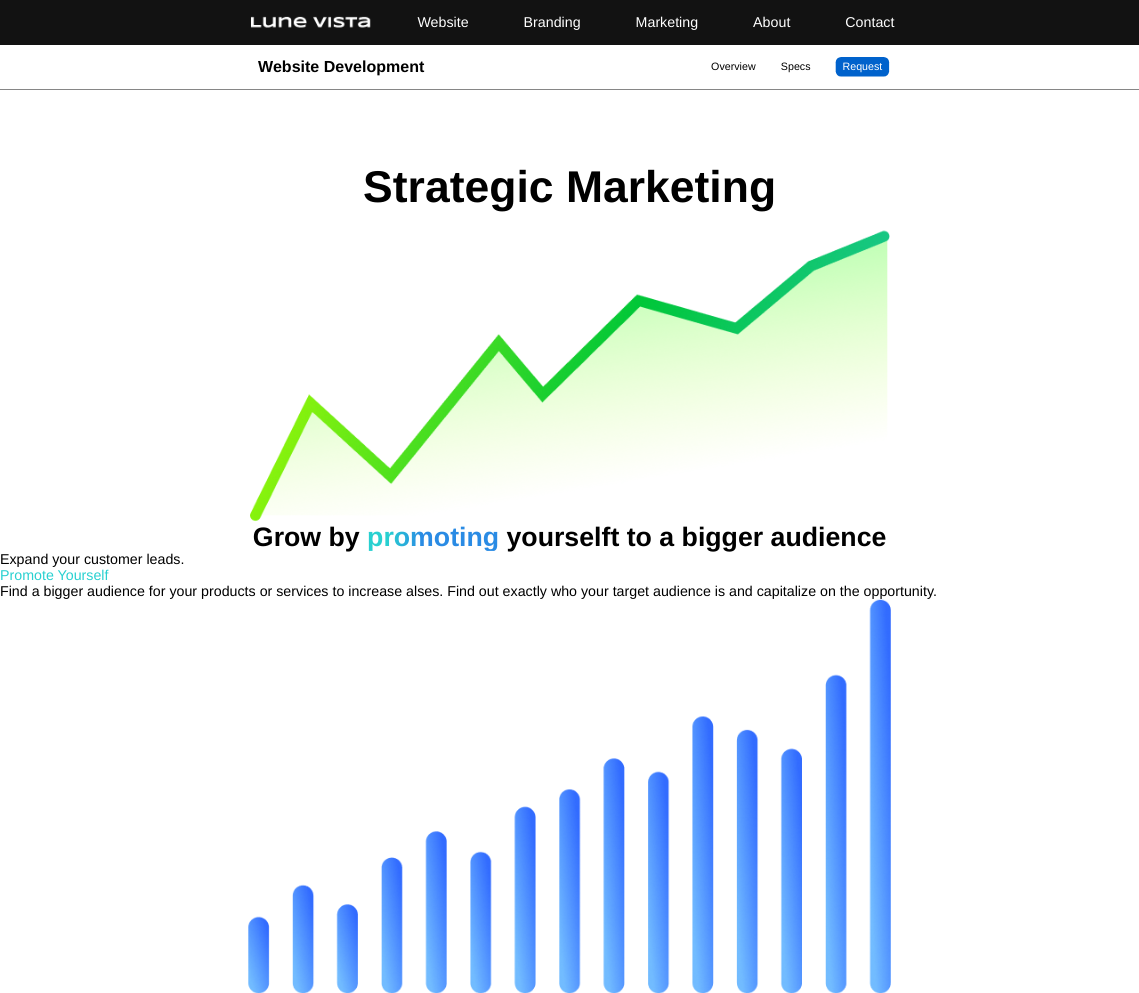
Repository: yoItsTyler/templates
Page: /marketing
An editor plug-in stored every save of this project. The page is shown before and after the next save, followed by the edit.
The browser window is 1280 px wide. The pictures show the whole page, at 89% of full size.
Some web fonts or font styles are not loaded; a fallback is used. The project was rebuilt for these pictures with package versions that can differ from the ones it lists, and the page was loaded fresh each time. Also part of the build but not shown: src/components/Branding/styles.module.css, src/components/Branding/Branding.js, src/components/Home/styles.module.css, src/components/Navbar/styles.module.css, src/components/Navbar/Navbar.js, src/components/NavbarMobile/styles.module.css, src/components/NavbarMobile/NavbarMobile.js, src/components/Home/Home.js and 10 more. Imported but missing from the stored project, and not drawn on this page: src/components/Request.

Above is the page before, as saved 2022-12-01 20:46:52.

### public/index.html
<!DOCTYPE html>
<html lang="en">
  <head>
    <meta charset="utf-8" />
    <link rel="icon" href="%PUBLIC_URL%/favicon.ico" />
    <meta name="viewport" content="width=device-width, initial-scale=1" />
    <meta name="theme-color" content="#000000" />
    <meta
      name="description"
      content="Web site created using create-react-app"
    />
    <link rel="apple-touch-icon" href="%PUBLIC_URL%/logo192.png" />
    <!--
      manifest.json provides metadata used when your web app is installed on a
      user's mobile device or desktop. See https://developers.google.com/web/fundamentals/web-app-manifest/
    -->
    <link rel="manifest" href="%PUBLIC_URL%/manifest.json" />
    <!--
      Notice the use of %PUBLIC_URL% in the tags above.
      It will be replaced with the URL of the `public` folder during the build.
      Only files inside the `public` folder can be referenced from the HTML.

      Unlike "/favicon.ico" or "favicon.ico", "%PUBLIC_URL%/favicon.ico" will
      work correctly both with client-side routing and a non-root public URL.
      Learn how to configure a non-root public URL by running `npm run build`.
    -->
    <title>Root Template</title>
  </head>
  <body>
    <noscript>You need to enable JavaScript to run this app.</noscript>
    <div id="root"></div>
    <!--
      This HTML file is a template.
      If you open it directly in the browser, you will see an empty page.

      You can add webfonts, meta tags, or analytics to this file.
      The build step will place the bundled scripts into the <body> tag.

      To begin the development, run `npm start` or `yarn start`.
      To create a production bundle, use `npm run build` or `yarn build`.
    -->
  </body>
</html>

### src/index.js
import React from 'react';
import  ReactDOM  from 'react-dom';
import './index.css';
import reportWebVitals from './reportWebVitals';
import { BrowserRouter as Router } from 'react-router-dom';
import { App } from './components/App';

ReactDOM.render(
  <React.StrictMode>
    <Router>
     <App/>
    </Router>
  </React.StrictMode>,
  document.getElementById('root'),
);



// If you want to start measuring performance in your app, pass a function
// to log results (for example: reportWebVitals(console.log))
// or send to an analytics endpoint. Learn more: https://bit.ly/CRA-vitals
reportWebVitals();

### src/index.css


@import url('https://fonts.cdnfonts.com/css/work-sans');
html, body{
  min-height: fit-content;
 height: 100vh;
  width: 100vw;
  max-width: 100vw;
  margin: 0;
  overflow-x: hidden;
  -ms-overflow-style: none;  /* IE and Edge */
  scrollbar-width: none;  /* Firefox */
  scroll-behavior: smooth;



}
body {



  font-family:  -apple-system, BlinkMacSystemFont, 'Segoe UI', 'Roboto', 'Oxygen',
    'Ubuntu', 'Cantarell', 'Fira Sans', 'Droid Sans', 'Helvetica Neue',
    sans-serif;
    font-family: 'Helvetica';
    font-style: normal;
  -webkit-font-smoothing: antialiased;
  -moz-osx-font-smoothing: grayscale;

  font-family: 'Helvetica', sans-serif;
  -webkit-font-smoothing: antialiased;
  -moz-osx-font-smoothing: grayscale;
}
body::-webkit-scrollbar{
  display: none;
}


code {
  font-family: source-code-pro, Menlo, Monaco, Consolas, 'Courier New',
    monospace;
}

### src/components/App/App.js
import { useEffect, useState } from 'react';
import { Route, Switch } from 'react-router-dom';
import { Branding } from '../Branding/Branding';
import { Home } from '../Home';
import { LogoDesign } from '../LogoDesign';
import { Marketing } from '../Marketing/Marketing';
import { Navbar } from '../Navbar/Navbar';
import { NavbarMobile } from '../NavbarMobile';
import { Plan } from '../Plan/Plan';
import { Plans } from '../Plans/Plans';
import { Request } from '../Request';
import { Specs } from '../Specs';
import { Web } from '../Web/Web';
import styles from './styles.module.css';






export const App = () => {




    return(
        <div className={styles.main}>


            <Switch>
            <Route exact path = {['/request/:id', '/request']} component={Request}/>
            <Route exact path='/marketing' component={Marketing}/>
            <Route exact path = '/branding' component={Branding}/>
            <Route exact path = '/logo-design' component={LogoDesign}/>
                <Route exact path = '/plan/:id' component={Plan}/>
                <Route exact path = '/web-plans' component={Plans}/>
                 <Route exact path = '/web' component={Web}/>
                 <Route exact path = '/specs' component={Specs}/>
                <Route path={['/']} component={Home}/>

            </Switch>
        </div>
    )
}

### src/components/LogoDesign/index.js
export * from './LogoDesign';

### src/components/Marketing/Marketing.js
import { NavbarWeb } from '../NavbarWeb/NavbarWeb';
import { NavBarWebSub } from '../NavBarWebSub/NavBarWebSub';
import styles from './styles.module.css';
import graph from '../../images/Group 55.png';
import graph2 from '../../images/Group 56.png';

export const Marketing = () => {

    return(
        <div className={styles.main}>
            <NavbarWeb/>
            <NavBarWebSub/>


            <div className={styles.tile}>

                <div className={styles.title}>
                    Strategic Marketing

                </div>

                <div className={styles.centerItem}>
                <img src={graph} className={styles.graph}/>
                </div>
                <div className={styles.subTxt}>
                    Grow by <span className={styles.blueGrad}>promoting</span> yourselft to a bigger audience
                </div>

                <div className={styles.leftCol}
                >
                    <div>
                        Expand your customer leads.
                    </div>
                    <div className={styles.blueTitle}>
                        Promote Yourself
                    </div>
                    <div>
                        Find a bigger audience for your products or services to increase alses. Find out exactly who your target audience is and capitalize on the opportunity.
                    </div>

                </div>

                <div className={styles.centerItem}>
                <img src={graph2} className={styles.graph}/>
                </div>







            </div>

        </div>
    );
};

### src/components/NavbarMobile/index.js
export * from './NavbarMobile';

### src/components/Specs/index.js
export * from './Specs';

### src/components/App/styles.module.css
.main{
    margin-top: 0;
    min-height: fit-content;
    height: 100vh;
    width: 100%;
    max-width: 100vw;
}

### src/components/NavbarWeb/NavbarWeb.js
import styles from './styles.module.css';
import logo2 from '../../images/LuneVistaLogo.png';
import search from '../../images/search.png';
import { useHistory } from 'react-router-dom';
import { useEffect, useState } from 'react';


export const NavbarWeb = () => {
    const history = useHistory();


    const [mobileBool, setMobileBool] = useState(false);
    const [windowDimension, setWindowDimension] = useState(722)

    useEffect(() => {
        setWindowDimension(window.innerWidth);
    }, []);

    useEffect(() => {
        function handleResize() {
            setWindowDimension(window.innerWidth);
        }

        window.addEventListener("resize", handleResize);
        return () => window.removeEventListener('resize', handleResize);
    }, []);

    const isMobile = windowDimension <= 720;

    useEffect(() => {
        if (isMobile !== mobileBool) {
            setMobileBool(isMobile);
        };
        return isMobile;
    }, [isMobile]);





    // <div className={styles.falseDiv}></div>
    return (
        <div className={styles.main}>

            <div className={styles.row}>


                <div className={styles.logo}
                    onClick={() => history.push('/')}
                >
                    <img src={logo2} style={{ width: '100%', height: '' }} />

                </div>






                        {isMobile ? (
                            <div className={styles.mobileMenu}>Menu</div>
                        ) : (
                            <div className={styles.pages}>
                            <div className={styles.page}
                                 onClick={() => history.push('/web')}
                                >Website</div>
                                <div className={styles.page} onClick={() => history.push('/branding')}
                                >Branding</div>
                                <div className={styles.page} onClick={() => history.push('/marketing')}
                                >Marketing</div>
                                <div className={styles.page} onClick={() => history.push('/about')}
                                >About</div>
                                <div className={styles.page} onClick={() => history.push('/contact')}
                                >Contact</div>
                            </div>

                        )}



                    </div>


                </div>





            )
}

### src/components/NavBarWebSub/NavBarWebSub.js
import { useHistory } from 'react-router-dom';
import styles from './styles.module.css';


export const NavBarWebSub = () => {
    const history = useHistory();

    /*




                <div className={styles.row}>
                    <div className={styles.title}>
                        Website Development
                    </div>
                    <div className={styles.btnRow}>
                        <div className={styles.btnTxt}>Overview</div>
                        <div className={styles.btnTxt}>Specs</div>
                        <div className={styles.requestBtn}>Request</div>
                    </div>



                </div>*/


    return (
        <div className={styles.main}>
            <div className={styles.column}>
                <div className={styles.topSpace}></div>
                <div className={styles.row}>
                    <div className={styles.title}>
                        Website Development
                    </div>
                    <div className={styles.btnRow}>
                        <div className={styles.btnTxt}>Overview</div>
                        <div className={styles.btnTxt} onClick={() => history.push('/specs')}
                        >Specs</div>
                        <div className={styles.requestBtn} onClick={() => history.push('/web-plans')}
                        >Request</div>
                    </div>



                </div>



            </div>



        </div>
    )
}

### src/components/Marketing/styles.module.css
.main{

}
.title{
    margin-top: 80px;
    margin-bottom: 20px;
    font-weight: 700;
    font-size: 50px;
    text-align: center;

}
.centerItem{
    display: flex;
    flex-direction: column;
    align-items: center;
    justify-content: center;

}
.subTxt{
    text-align: center;
    font-weight: 700;
    font-size: 30px;
}
.blueGrad{
    background:
linear-gradient(90.35deg, #28D0D0 15.73%, #2A8BE4 41.95%);
  -webkit-background-clip: text;
  -webkit-text-fill-color: transparent;
}
.graph{
    max-width: 80vw;
}
.blueTitle{
    background:
linear-gradient(90.35deg, #28D0D0 15.73%, #2A8BE4 41.95%);
  -webkit-background-clip: text;
  -webkit-text-fill-color: transparent;
}

### src/components/NavbarWeb/styles.module.css
.main{
    width: 100vw;
    max-width: 100vw;
    height: 50px;
    margin-top: 0;
   overflow-x: hidden;
    background-color: hsl(0, 0%, 7%);
    position: fixed;
    display: flex;
    z-index: 2;
    justify-content: center;



}
.row{
    width: 100%;

    align-self: center;

    height: 50px;
    max-width: 730px;

    color: #FFFFFF;
 display: flex;
 align-items: center;

justify-content: space-between;



}
.logo{

    padding-left: min(16px, 1.0%);
    height: 32px;
    cursor: pointer;
    display: flex;
    align-content: center;
    align-items: center;
    justify-content: center;
      justify-self: left;
    max-width: 134px;




}
.falseDiv{
    padding-right: min(16px, 1.0%);
    width: 134px;



}
.rightSide{
   align-self: center;
  justify-self: center;


}
.pages{
    flex-basis: 1;
    display: flex;
   height: 32px;


    width: 80%;
    max-width: 536px;
    align-items: center;
    justify-content: space-between;
    justify-self: center;




}

.page{

    font-weight: 400;
    font-size: 16px;
    line-height: 24px;
   cursor: pointer;

   height: 24px;
   align-content: center;
   align-items: center;

   padding-left: 0px;
   padding-right: 0px;

}
.page:hover{
    background-color: rgba(0, 0, 0, 0.3);
   border-radius: 3px;
}
.mobileMenu{
    margin-right: 9px;
}



.search{
   padding-right: min(16px, 1.5%);
margin-left: auto;


}

### src/components/NavBarWebSub/styles.module.css
.main{
    width: 100vw;
    height: 100px;
    position: sticky;

  max-width: 100vw;
  overflow-x: hidden;

    display: flex;
    justify-content: center;
    z-index: 1;
    background-color: white;
    border-bottom: rgba(0, 0, 0, 0.473) .6px solid;
}


.column{
    width: 100%;
    max-width: 730px;

    display: flex;
    flex-direction: column;
    justify-content: center;
    align-content: center;
}
.topSpace{
    height: 50px;

}
.row{
    justify-self: center;
    display: flex;
    width: 100%;
    max-width: 730px;
    justify-content: space-between;
    align-items: center;
    padding-left: 6px;
    padding-right: 6px;
}
.btnRow{
    display: flex;
    width: 200px;
    justify-content: space-between;
    padding-left: 6px;
    align-items: center;
    margin-right: 12px;
}
.title{
    margin-left: 9px;
    height: 20px;
    font-size: 18px;
    font-weight: 700;
    flex-wrap: nowrap;

}
@media only screen and (max-width: 440px) {
    .title{
        font-size: 18px;
        max-width: 100px;
        overflow: hidden;

    }
}
.btnTxt{
    font-size: 12px;
    font-weight: 400;
    line-height: 14px;
    cursor: pointer;

}
.requestBtn{
    font-size: 12px;
    font-weight: 400;
    background-color: #0062CC;
    color: white;
    height: 22px;
    width: 60px;
    display: flex;
    flex-direction: column;
    align-items: center;

    justify-content: center;
    border-radius: 6px;
    line-height: 20px;
    cursor: pointer;
}

Loaded but not shown: src/reportWebVitals.js (common file); src/components/App/index.js (common file); src/components/Home/index.js (common file); src/components/Home/mobile.module.css (no stored copy; drawn as an empty file)

After the next save:
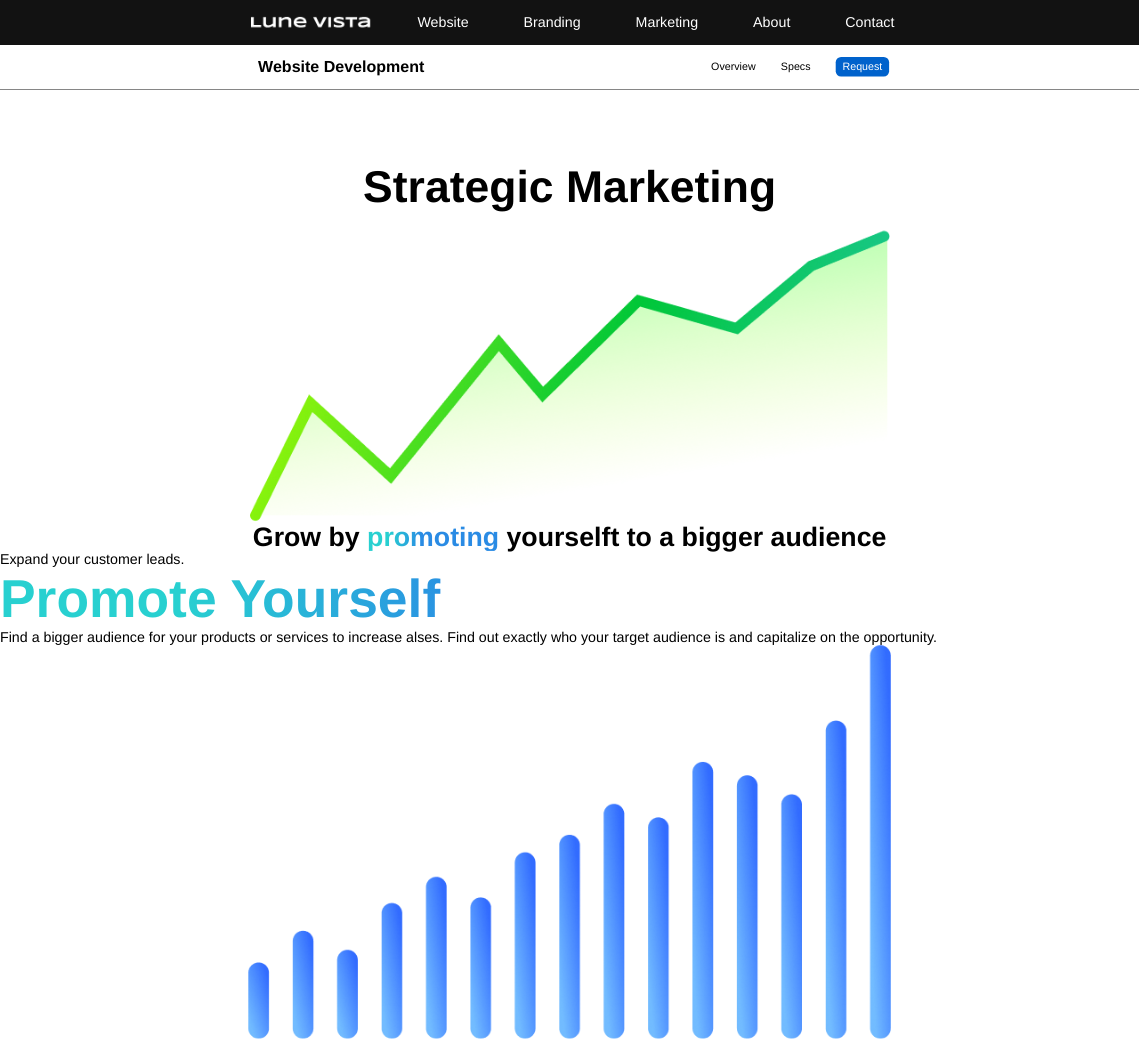
Saved 21 s later.
--- a/src/components/Marketing/styles.module.css
+++ b/src/components/Marketing/styles.module.css
@@ -35,4 +35,6 @@ linear-gradient(90.35deg, #28D0D0 15.73%, #2A8BE4 41.95%);
 linear-gradient(90.35deg, #28D0D0 15.73%, #2A8BE4 41.95%);
   -webkit-background-clip: text;
   -webkit-text-fill-color: transparent;
+  font-weight: 700;
+  font-size: 60px;
 }
